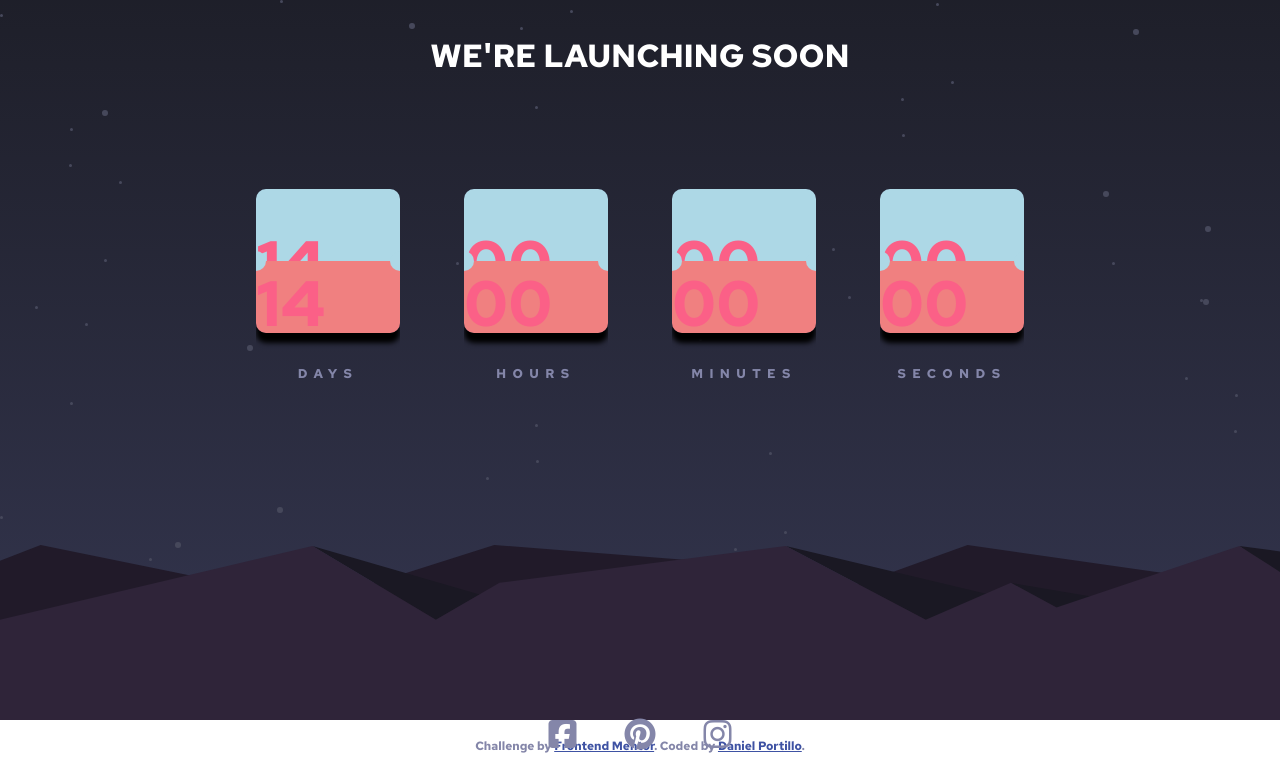
Repository: dportillo23/launch-countdown-timer-main
Page: index.html
An editor plug-in stored every save of this project. The page is shown before and after the next save, followed by the edit.
The browser window is 1280 px wide. The pictures show the whole page.
Some web libraries are served in a nearby version. The style sheet was rebuilt from its Sass, Less or Tailwind sources for each picture, by a compiler version that may differ from the author's.

Above is the page before, as saved 2021-07-02 11:24:07.

After the next save:
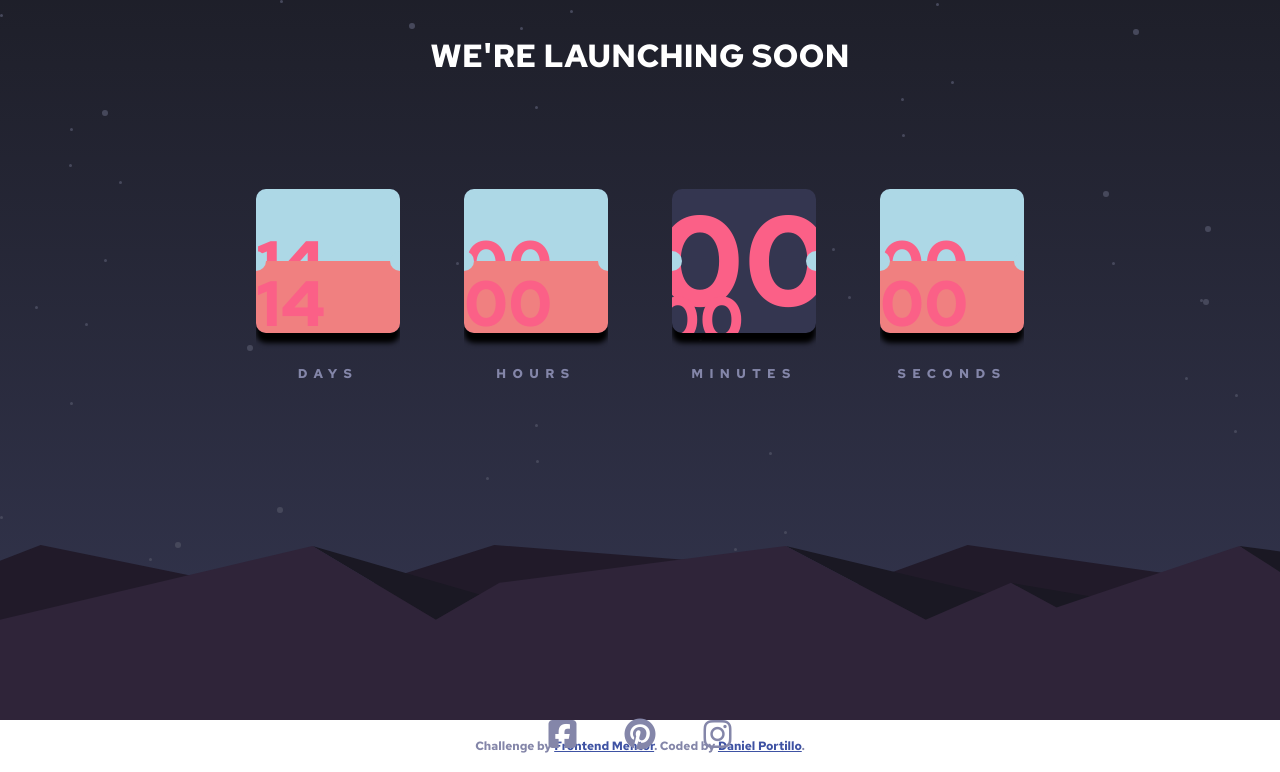
Saved 2 min 5 s later.
--- a/index.html
+++ b/index.html
@@ -53,9 +53,9 @@
         <!-- Minutes card -->
         <div class="cards--container">
           <div class="card--number--container  minutes" id="minutes">
-            <span class="minutes--top top--card">00</span>
+            <div class="minutes--top top--card"><span class="minutes--top--number">00</span></div>
             <h1 class="card--title minutes--title">00</h1>
-            <span class="minutes--bottom bottom--card">00</span>
+            <div class="minutes--bottom bottom--card"><span class="minutes--bottom--number">00</span></div>
           </div>
           <h3 class="card--subtitle">Minutes</h3>
         </div>
